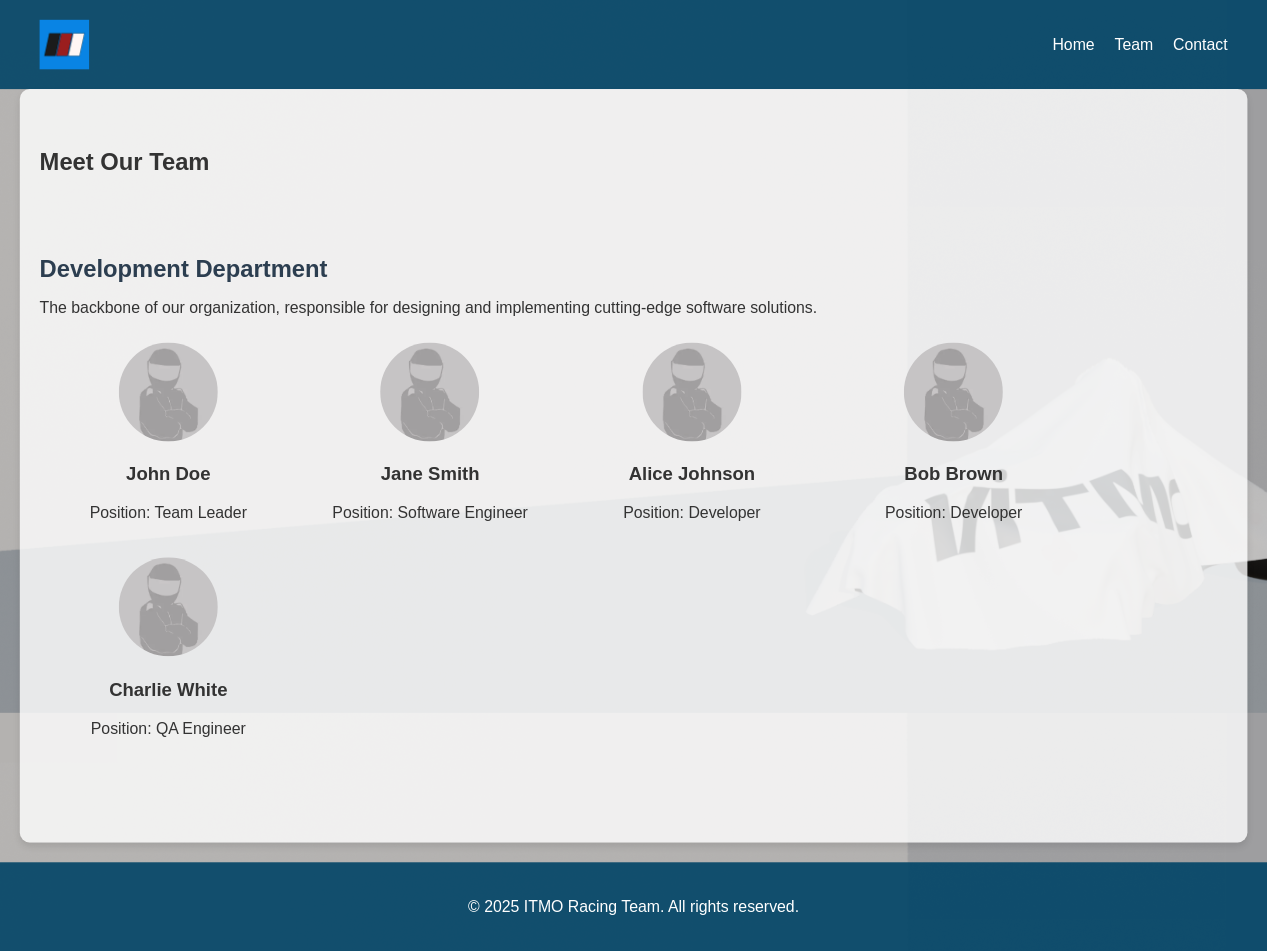
Repository: fs-itmo/fs-itmo.github.io
Page: team.html
These files come from the project's save history. The page is drawn as it stood at one moment and after the next save; the edit follows.
The browser window is 1280 px wide. The pictures show the whole page, at 99% of full size.
Backgrounds fixed to the window are drawn as part of the page.

Above is the page before, as saved 2024-12-30 14:49:35.

### team.html
<!DOCTYPE html>
<html lang="en">
<head>
    <meta charset="UTF-8">
    <meta name="viewport" content="width=device-width, initial-scale=1.0">
    <title>Team - Autonomous Systems</title>
    <link rel="stylesheet" href="css/style.css">
</head>
<body>
    <header>
        <div class="container">
            <img src="assets/images/logo.png" alt="Logo" class="logo">
            <nav>
                <ul>
                    <li><a href="index.html">Home</a></li>
                    <li><a href="team.html" class="active">Team</a></li>
                    <li><a href="#contact">Contact</a></li>
                </ul>
            </nav>
        </div>
    </header>

    <section class="team-section">
        <h1>Meet Our Team</h1>

        <!-- Development Department -->
        <div class="team-department">
            <h2>Development Department</h2>
            <p>The backbone of our organization, responsible for designing and implementing cutting-edge software solutions.</p>
            <div class="team-member">
                <img src="assets/images/noname_pilot.png" alt="John Doe">
                <h3>John Doe</h3>
                <p>Position: Team Leader</p>
            </div>
            <div class="team-member">
                <img src="assets/images/noname_pilot.png" alt="Jane Smith">
                <h3>Jane Smith</h3>
                <p>Position: Software Engineer</p>
            </div>
            <div class="team-member">
                <img src="assets/images/noname_pilot.png" alt="Alice Johnson">
                <h3>Alice Johnson</h3>
                <p>Position: Developer</p>
            </div>
            <div class="team-member">
                <img src="assets/images/noname_pilot.png" alt="Bob Brown">
                <h3>Bob Brown</h3>
                <p>Position: Developer</p>
            </div>
            <div class="team-member">
                <img src="assets/images/noname_pilot.png" alt="Charlie White">
                <h3>Charlie White</h3>
                <p>Position: QA Engineer</p>
            </div>
        </div>

        <!-- Add more departments here if needed -->
    </section>

    <footer>
        <p>&copy; 2025 ITMO Racing Team. All rights reserved.</p>
    </footer>
</body>
</html>

### css/style.css
html, body {
    height: 100%;
    margin: 0;
    padding: 0;
}

body {
    font-family: Arial, sans-serif;
    margin: 0;
    padding: 0;
    color: #333;
    background: url('assets/images/title.png') no-repeat center center fixed;
    background-size: cover;
}

header {
    background-color: rgba(0, 68, 102, 0.9);
    padding: 20px 0;
}

header .container {
    display: flex;
    justify-content: space-between;
    align-items: center;
    max-width: 1200px;
    margin: 0 auto;
    padding: 0 20px;
}

header .logo {
    max-height: 50px;
}

header nav ul {
    list-style: none;
    display: flex;
    margin: 0;
    padding: 0;
}

header nav ul li {
    margin-left: 20px;
}

header nav ul li a {
    text-decoration: none;
    color: white;
    font-size: 16px;
}

section {
    padding: 40px 20px;
    max-width: 1200px;
    margin: 0 auto;
    background: rgba(255, 255, 255, 0.8);
    border-radius: 10px;
    box-shadow: 0 4px 8px rgba(0, 0, 0, 0.1);
}

/* section#home {
    background: rgba(244, 244, 244, 0.9);
    text-align: center;
    padding: 60px 20px;
    border-radius: 10px;
} */

section#home {
    background: url("../assets/images/title.png") no-repeat center center/cover;
    color: white;
    text-align: center;
    padding: 10px 10px;
    min-height: 100vh;
    width: 100vw;
}


footer {
    background-color: rgba(0, 68, 102, 0.9);
    color: white;
    text-align: center;
    padding: 20px 0;
    margin-top: 20px;
}

.team-section {
    display: flex;
    flex-direction: column;
    gap: 40px;
}
.team-department {
    margin-bottom: 40px;
}
.team-department h2 {
    color: #2c3e50;
    margin-bottom: 10px;
}


/* Team members layout */
.team-member {
    display: inline-block;
    width: 20%;
    text-align: center;
    margin: 10px;
}

.team-member img {
    width: 100px;
    height: 100px;
    border-radius: 50%;
    object-fit: cover;
}


/* автопилот
Новичков Дмитрий
Козак Борис
конструкторы
Попов Глеб
Кочнева Екатерина
Лоу Цзячэн
Шалаев Максим
Сидоренко Александр (пилот)
электротехника
Петриков Фёдор
Савченко Андрей
Ву Куньлунь
Тарасов Степан */

After the next save:
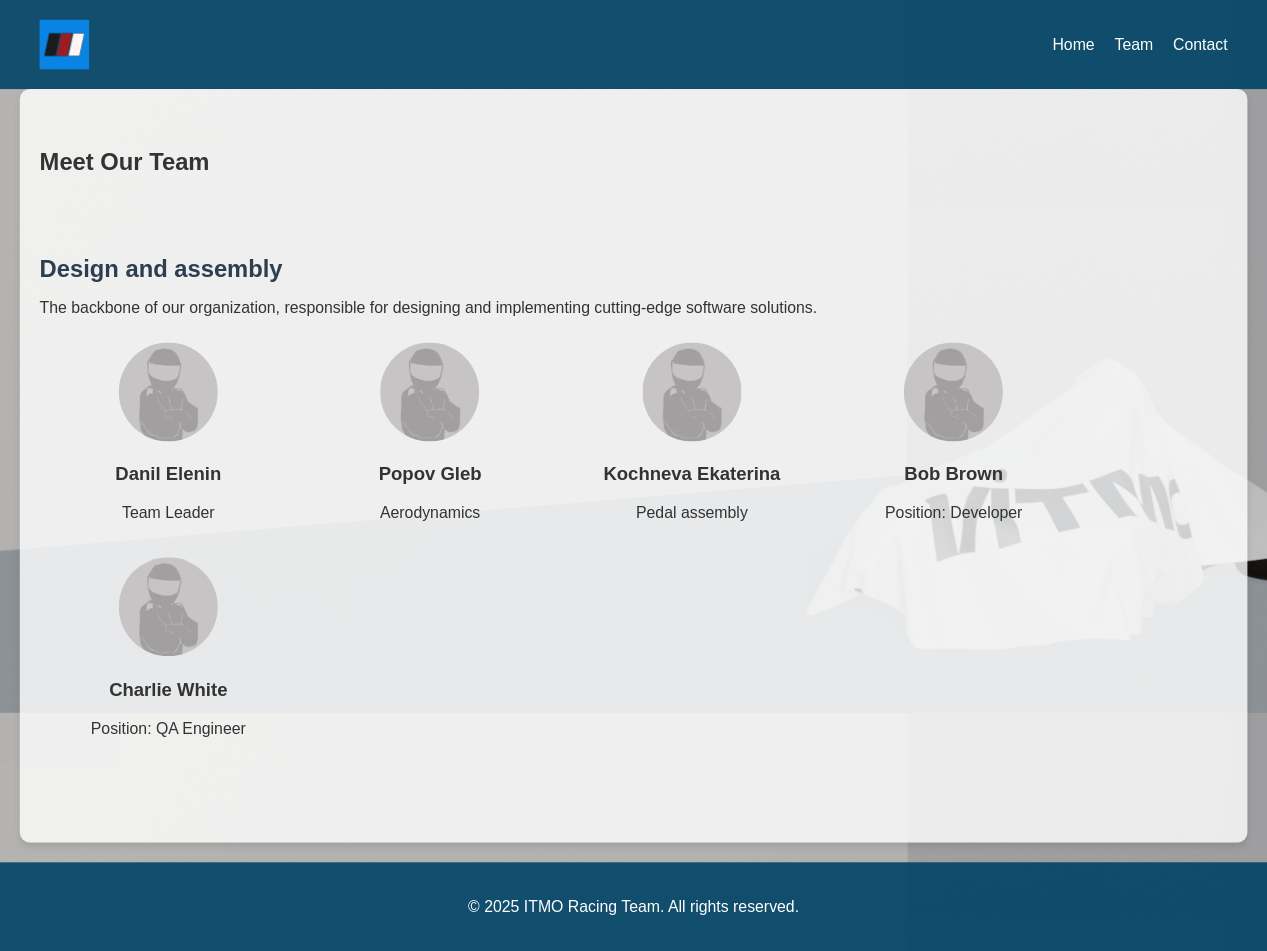
Saved 7 min 5 s later.
--- a/team.html
+++ b/team.html
@@ -25,22 +25,22 @@
 
         <!-- Development Department -->
         <div class="team-department">
-            <h2>Development Department</h2>
+            <h2>Design and assembly</h2>
             <p>The backbone of our organization, responsible for designing and implementing cutting-edge software solutions.</p>
             <div class="team-member">
-                <img src="assets/images/noname_pilot.png" alt="John Doe">
-                <h3>John Doe</h3>
-                <p>Position: Team Leader</p>
+                <img src="assets/images/noname_pilot.png" alt="Danil Elenin">
+                <h3>Danil Elenin</h3>
+                <p>Team Leader</p>
             </div>
             <div class="team-member">
-                <img src="assets/images/noname_pilot.png" alt="Jane Smith">
-                <h3>Jane Smith</h3>
-                <p>Position: Software Engineer</p>
+                <img src="assets/images/noname_pilot.png" alt="Popov Gleb">
+                <h3>Popov Gleb</h3>
+                <p>Aerodynamics</p>
             </div>
             <div class="team-member">
-                <img src="assets/images/noname_pilot.png" alt="Alice Johnson">
-                <h3>Alice Johnson</h3>
-                <p>Position: Developer</p>
+                <img src="assets/images/noname_pilot.png" alt="Kochneva Ekaterina">
+                <h3>Kochneva Ekaterina</h3>
+                <p>Pedal assembly</p>
             </div>
             <div class="team-member">
                 <img src="assets/images/noname_pilot.png" alt="Bob Brown">
